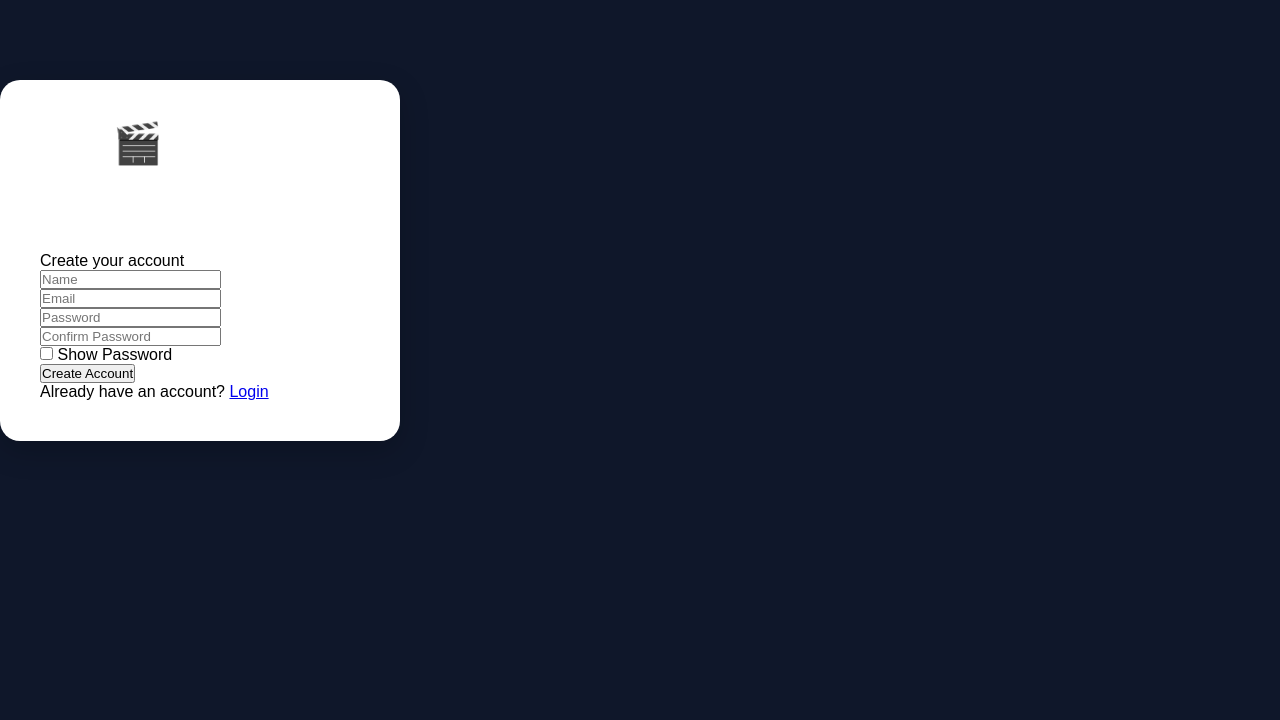
Repository: Dinesh-Codebais/movie-tracker
Page: signup.html
The author's editor kept a copy of each file at every save. The page is drawn from the files as they stood at one save, then again after the next save.
The browser window is 1280 px wide. The pictures show the whole page.

Above is the page before, as saved 2026-06-22 10:35:46.
Console error: TypeError: Cannot read properties of null (reading 'addEventListener')

After the next save:
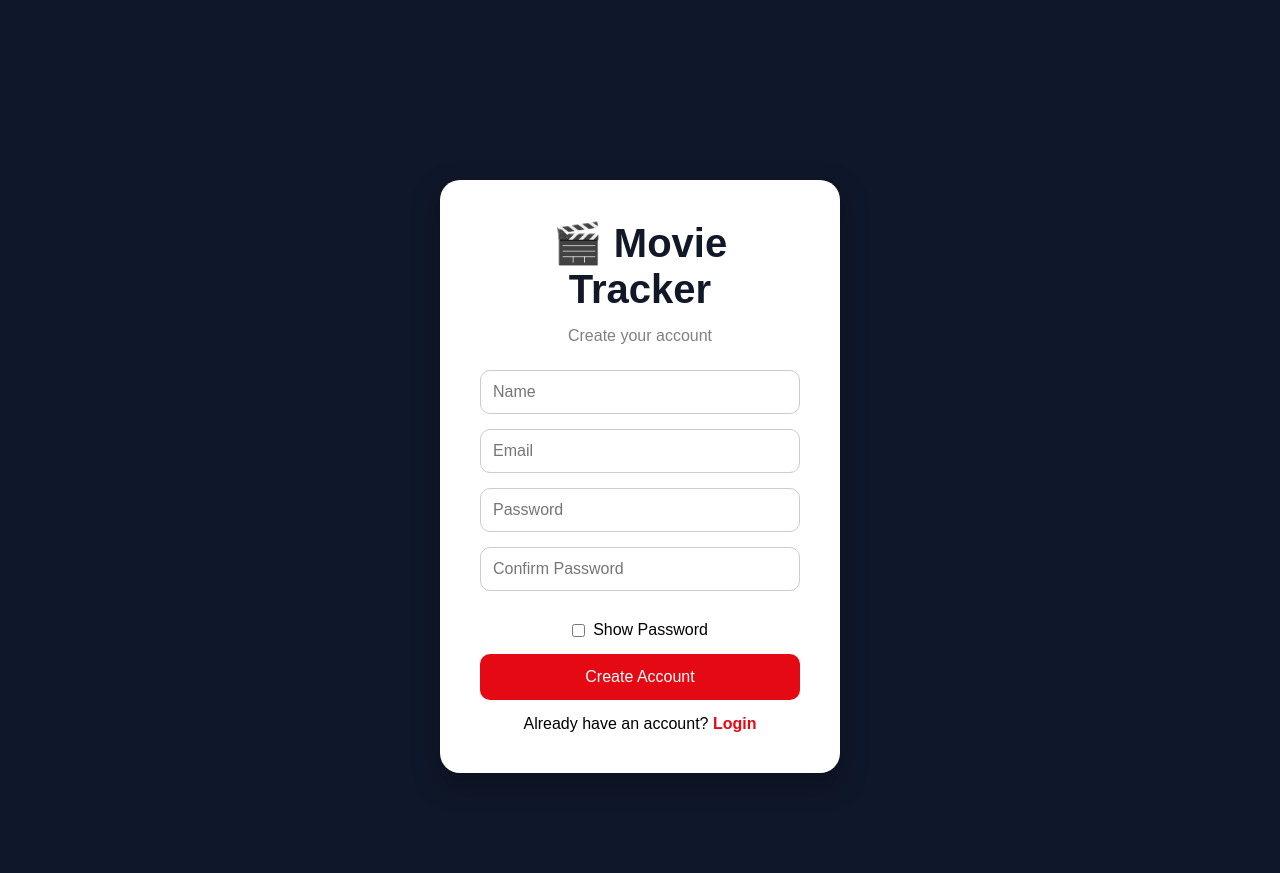
Saved 12 min 21 s later.
--- a/style.css
+++ b/style.css
@@ -526,3 +526,76 @@ body{
     border-radius: 20px;
     box-shadow: 0 10px 30px rgba(0,0,0,0.2);
 }
+
+/* SIGNUP PAGE */
+
+.signup-box{
+    width:400px;
+    margin:100px auto;
+    padding:40px;
+    background:white;
+    border-radius:20px;
+    box-shadow:0 10px 30px rgba(0,0,0,0.3);
+}
+
+.signup-box h2{
+    color:#111827;
+    text-align:center;
+    margin-bottom:5px;
+}
+
+.subtitle{
+    text-align:center;
+    color:gray;
+    margin-bottom:25px;
+}
+
+.signup-box input[type="text"],
+.signup-box input[type="email"],
+.signup-box input[type="password"]{
+    width:100%;
+    padding:12px;
+    margin-bottom:15px;
+    border:1px solid #ccc;
+    border-radius:10px;
+    font-size:16px;
+}
+
+.signup-box input:focus{
+    outline:none;
+    border-color:#e50914;
+}
+
+.show-pass{
+    display:flex;
+    justify-content:center;
+    align-items:center;
+    gap:8px;
+    margin:15px 0;
+}
+
+.signup-box button{
+    width:100%;
+    padding:14px;
+    background:#e50914;
+    color:white;
+    border:none;
+    border-radius:10px;
+    font-size:16px;
+    cursor:pointer;
+}
+
+.signup-box button:hover{
+    opacity:0.9;
+}
+
+.signup-box p{
+    text-align:center;
+    margin-top:15px;
+}
+
+.signup-box a{
+    color:#e50914;
+    text-decoration:none;
+    font-weight:bold;
+}
